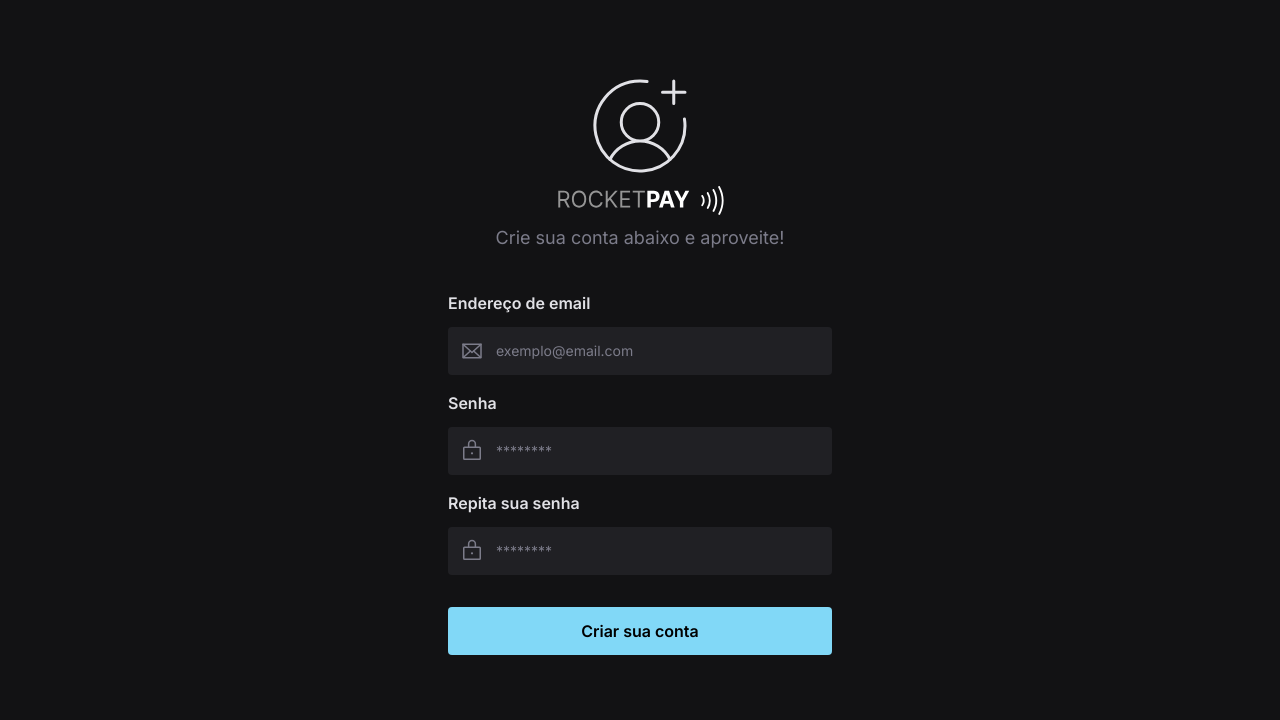
Repository: LuizAGDomingues/CreditCard-with-login
Page: /
The author's editor kept a copy of each file at every save. The page is drawn from the files as they stood at one save, then again after the next save.
The browser window is 1280 px wide. The pictures show the whole page.
The project was rebuilt for these pictures with package versions that can differ from the ones it lists, and the page was loaded fresh each time. Also part of the build but not shown: vite.config.ts.

Above is the page before, as saved 2022-10-23 17:28:41.

After the next save:
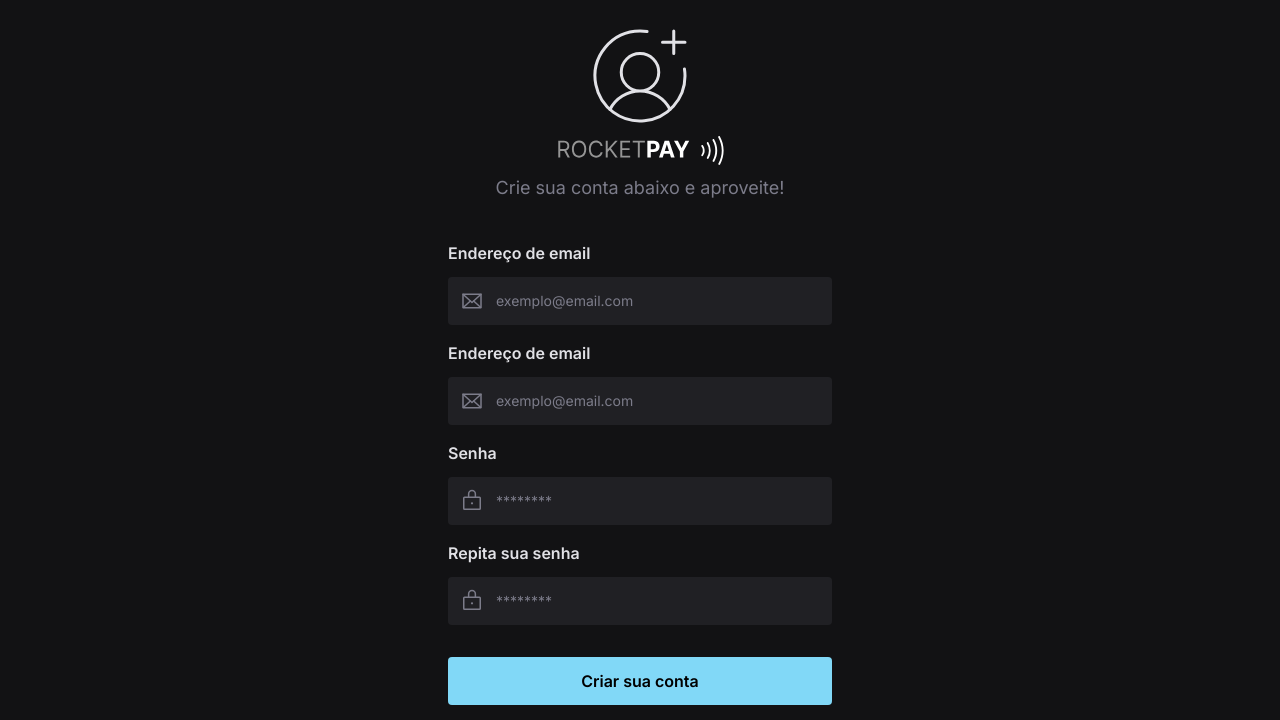
Saved 34 s later.
--- a/src/pages/CreateLogin.tsx
+++ b/src/pages/CreateLogin.tsx
@@ -17,6 +17,15 @@
         <Text size='lg' className='text-gray-400 mt-2'>Crie sua conta abaixo e aproveite!</Text>
       </header>
       <form className='flex flex-col items-stretch w-full gap-4 max-w-sm mt-10'>
+        <label htmlFor="email" className='flex flex-col gap-3'>
+          <Text className='font-semibold'>Endereço de email</Text>
+          <TextInput.Root>
+            <TextInput.Icon>
+              <Envelope />
+            </TextInput.Icon>
+            <TextInput.Input type='email' id='email' placeholder='exemplo@email.com' />
+          </TextInput.Root>
+        </label>
         <label htmlFor="email" className='flex flex-col gap-3'>
           <Text className='font-semibold'>Endereço de email</Text>
           <TextInput.Root>
